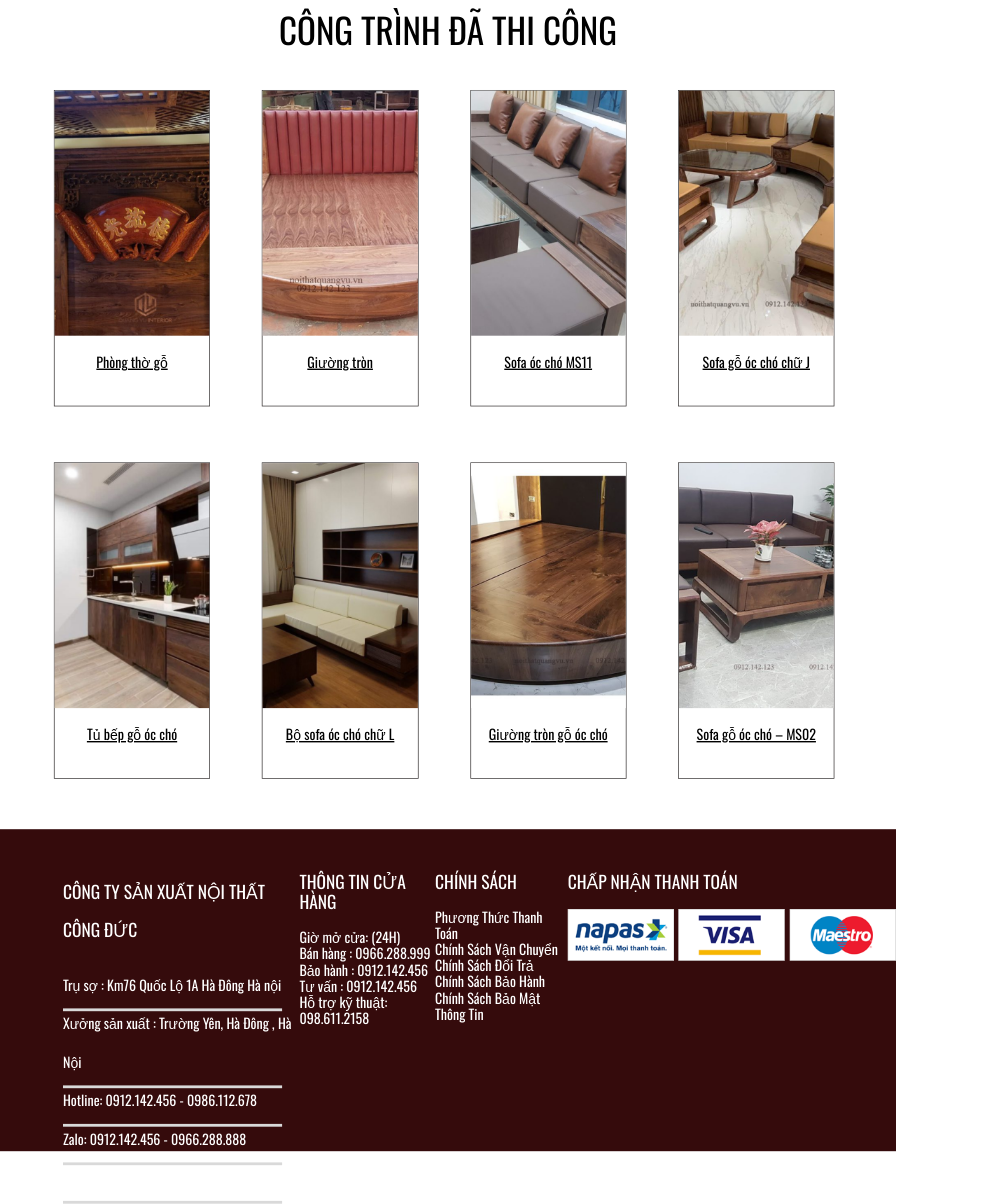
Repository: KHANHD192/FigmaTo-HTML
Page: APP-SHOP/index.html
The author's editor kept a copy of each file at every save. The page is drawn from the files as they stood at one save, then again after the next save.
The browser window is 1280 px wide. The page is 1437 px wide, so the pictures cover 1437 px, including what lies to the right of the window. The pictures show the part of the page from y = 3191 to 4911 px (the page is 4911 px tall), at 70% of full size.

Above is the page before, as saved 2022-11-21 19:07:30.

After the next save:
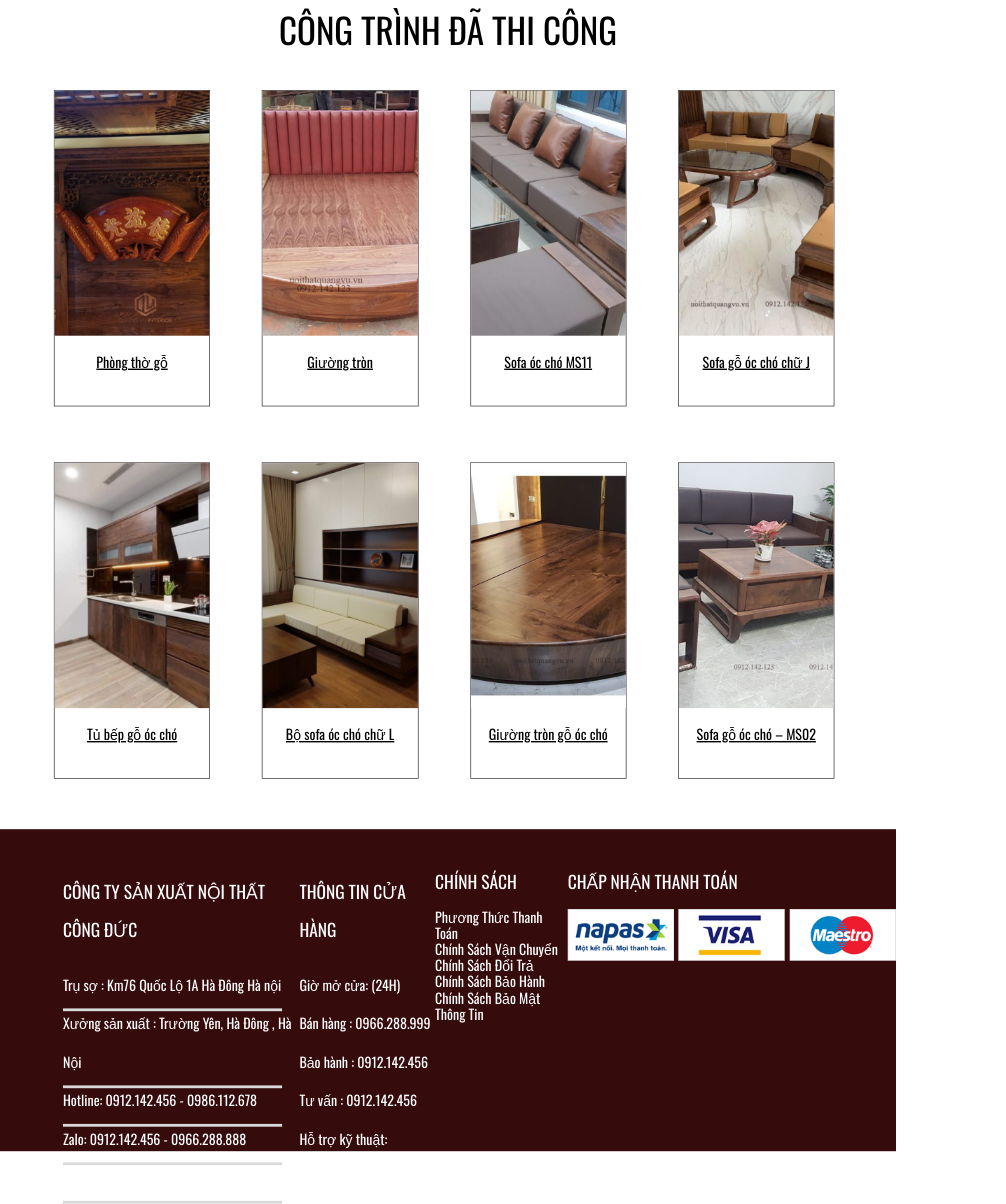
Saved 81 s later.
--- a/APP-SHOP/asset/Css_main/base.css
+++ b/APP-SHOP/asset/Css_main/base.css
@@ -104,3 +104,8 @@ footer ul{
     text-decoration: none;
     color:#FFFFFF;
 }
+ .footer__info{
+    max-width: 412px;
+    height: 356px;
+    line-height: 55px;
+ }
